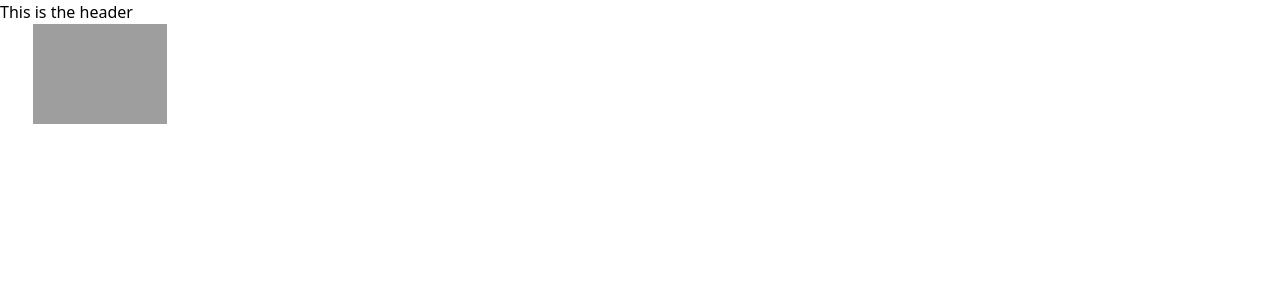
Repository: jafredk/hulu-2
Page: /
The author's editor kept a copy of each file at every save. The page is drawn from the files as they stood at one save, then again after the next save.
The browser window is 1280 px wide. The pictures show the whole page.
Pictures or frames that could not be fetched are drawn as grey boxes. The project was rebuilt for these pictures with package versions that can differ from the ones it lists, and the page was loaded fresh each time. The framework's server and built-in components were replaced by stand-ins that run in the browser. Also part of the build but not shown: next.config.js.

Above is the page before, as saved 2021-11-01 12:59:16.

After the next save:
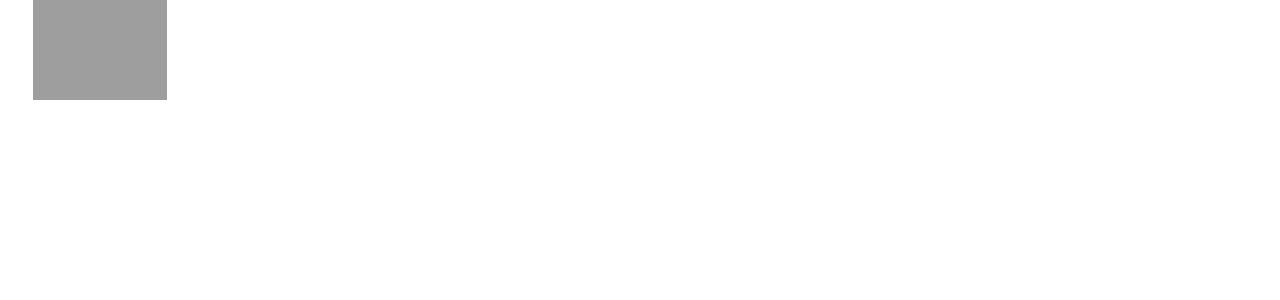
Saved 15 s later.
--- a/components/Header.js
+++ b/components/Header.js
@@ -3,7 +3,7 @@ import Image from 'next/image'
 function Header() {
     return (
         <header className="">
-            <h1>This is the header</h1>
+
 
             <Image className="object-contain bg " src="https://links.papareact.com/ua6" width={200} height={100} />
         </header>
